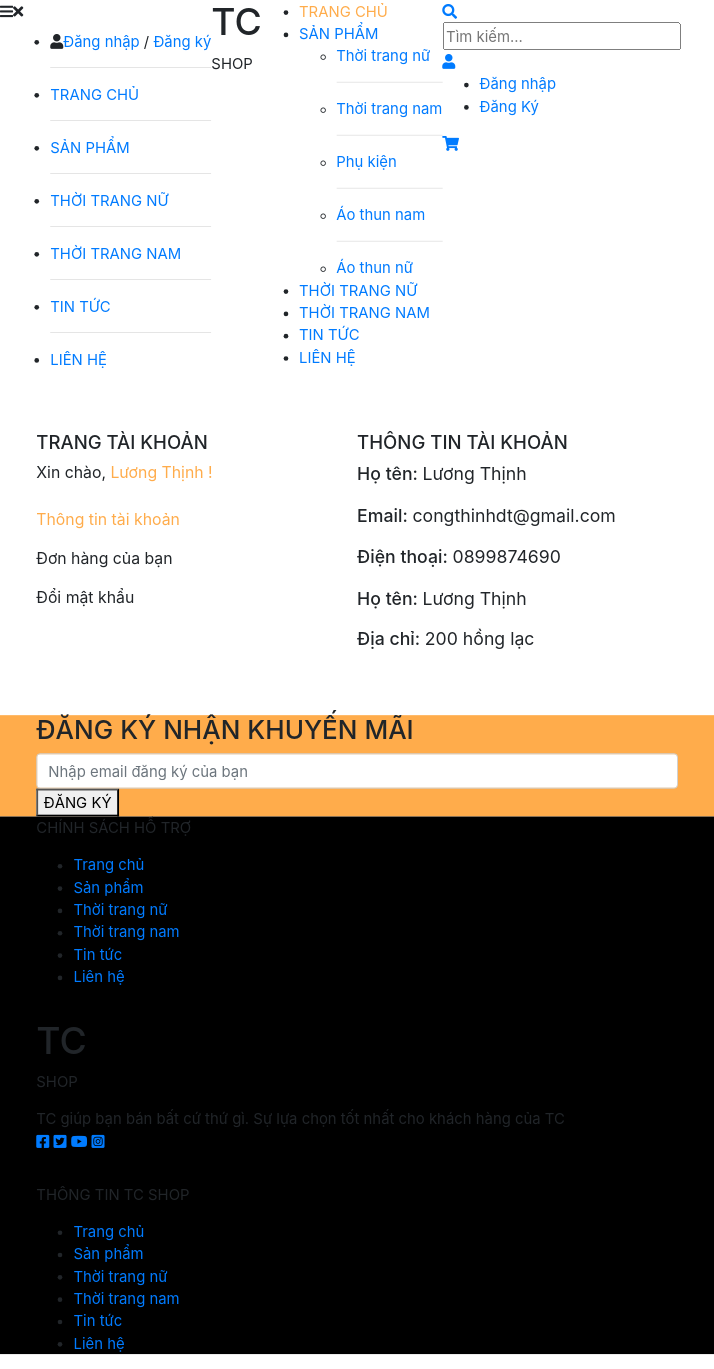
Repository: congthinh1701/TCshop
Page: ThongTinTaiKhoan.html
An editor plug-in stored every save of this project. The page is shown before and after the next save, followed by the edit.
The browser window is 768 px wide. The pictures show the whole page, at 93% of full size.
The style sheet was rebuilt from its Sass, Less or Tailwind sources for each picture, by a compiler version that may differ from the author's.

Above is the page before, as saved 2021-09-08 17:23:14.

After the next save:
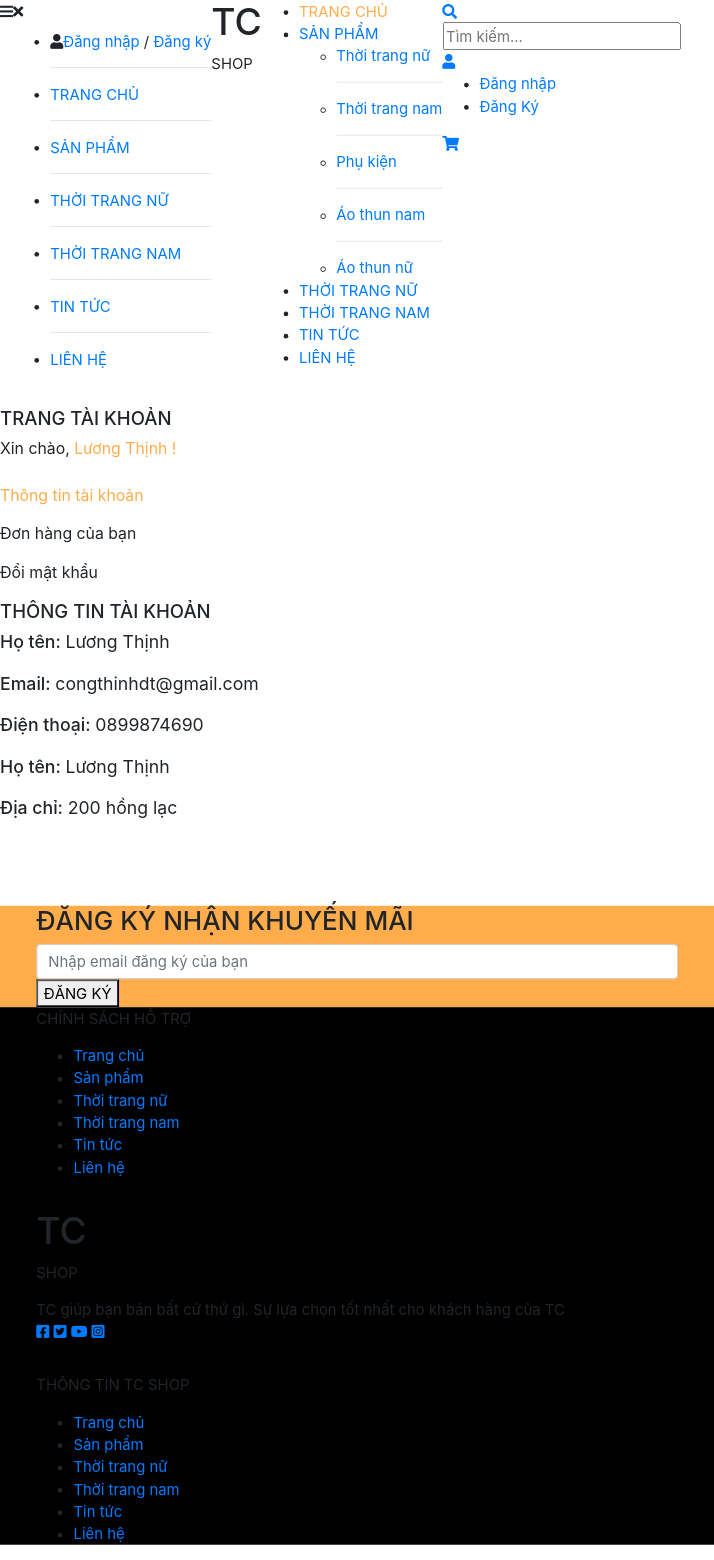
Saved 20 s later.
--- a/sass/style.scss
+++ b/sass/style.scss
@@ -36,6 +36,7 @@ $fontWeight:500;
 @media (max-width: 923px) {
     .admin{
         --columns:1;
+        display:unset
     }
     .trang-tai-khoan{
         width: calc(100% / var(--columns));
